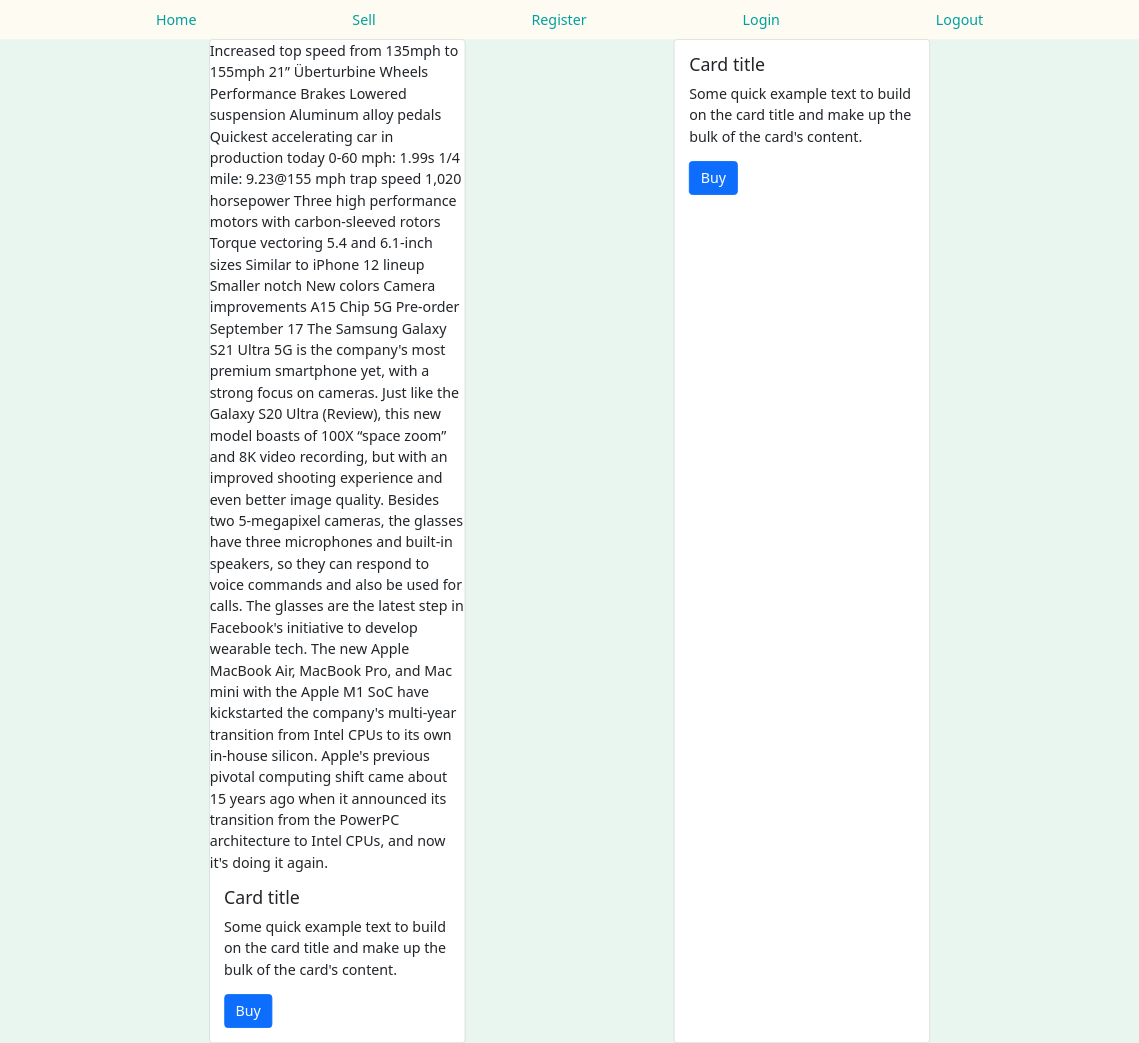
Repository: RiteshK555/itw-project
Page: http://localhost/
An editor plug-in stored every save of this project. The page is shown before and after the next save, followed by the edit.
The browser window is 1280 px wide. The pictures show the whole page, at 89% of full size.
The page is served by the project's application, run on Django 3.2 (student_olx/manage.py). The page reads the database file committed with the project.

Above is the page before, as saved 2021-09-19 13:31:49.

After the next save:
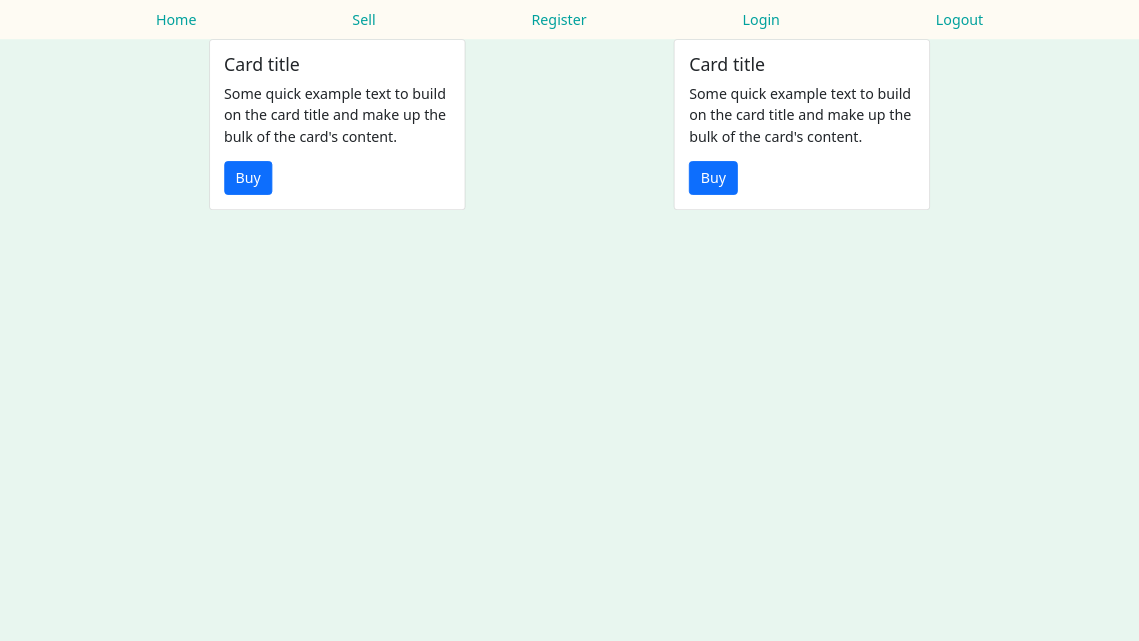
Saved 2 min 20 s later.
--- a/student_olx/main/templates/main/home.html
+++ b/student_olx/main/templates/main/home.html
@@ -9,9 +9,7 @@
 {%block content %}
 <div id="itemz">
 <div class="card" style="width: 18rem;">
-{%for product in  products%}
-{{product.description}}
-{%endfor%}
+
   {% comment %} <img src="..." class="card-img-top" alt="..."> {% endcomment %}
   <div class="card-body">
     <h5 class="card-title">Card title</h5>
